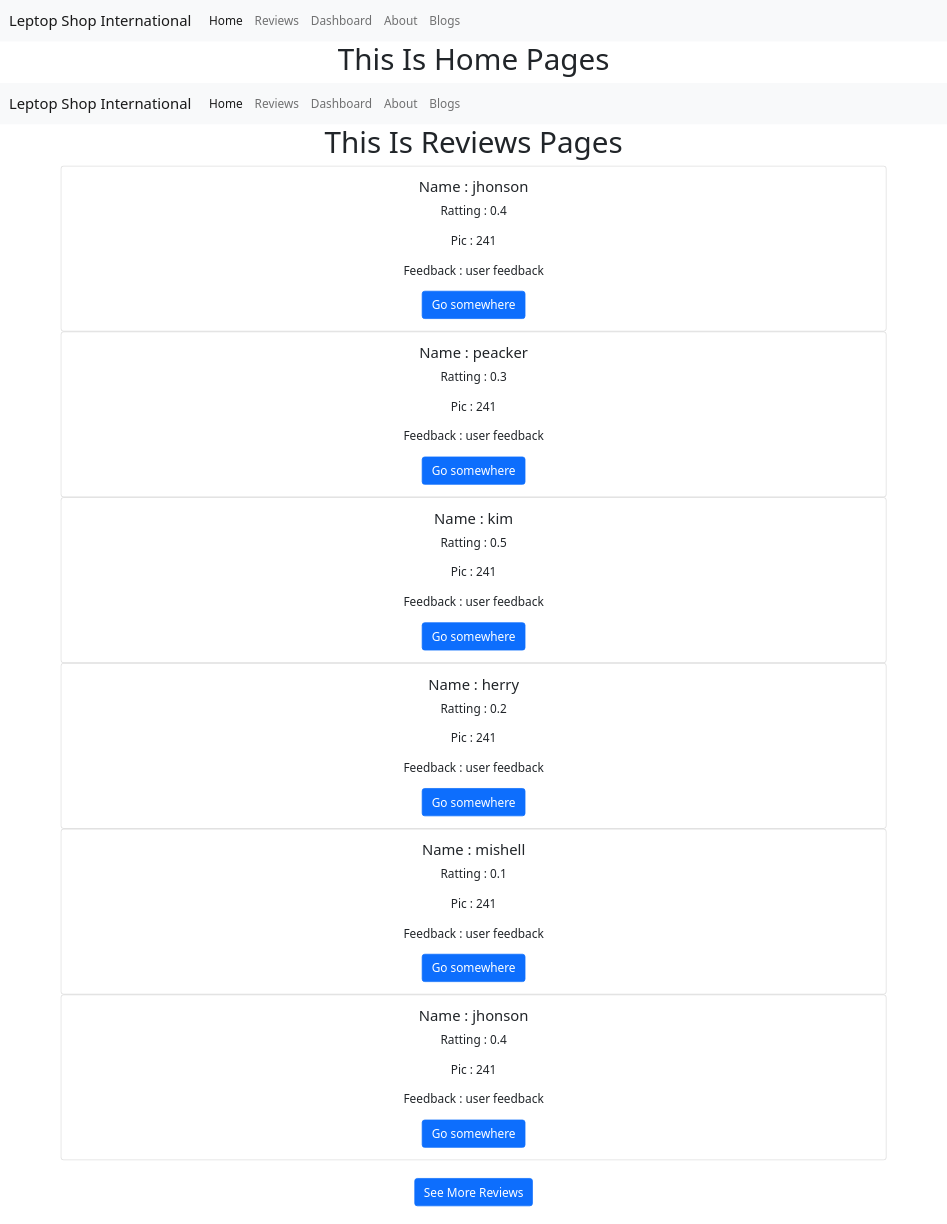
Repository: devsajid/product-analysis-website
Page: /
The author's editor kept a copy of each file at every save. The page is drawn from the files as they stood at one save, then again after the next save.
The browser window is 1280 px wide. The pictures show the whole page, at 74% of full size.
The project was rebuilt for these pictures with package versions that can differ from the ones it lists, and the page was loaded fresh each time. Also part of the build but not shown: src/Components/Header/Headers.css, src/Components/AreaChert/styles.css, src/Components/AreaChert/AreaChert.js, src/Components/Rechert/styles.css, src/Components/Rechert/Rechert.js, src/Components/Dashboard/Dashboard.js, src/Components/About/About.js, src/Components/Blogs/Blogs.js and 1 more.

Above is the page before, as saved 2022-08-03 22:05:44.

After the next save:
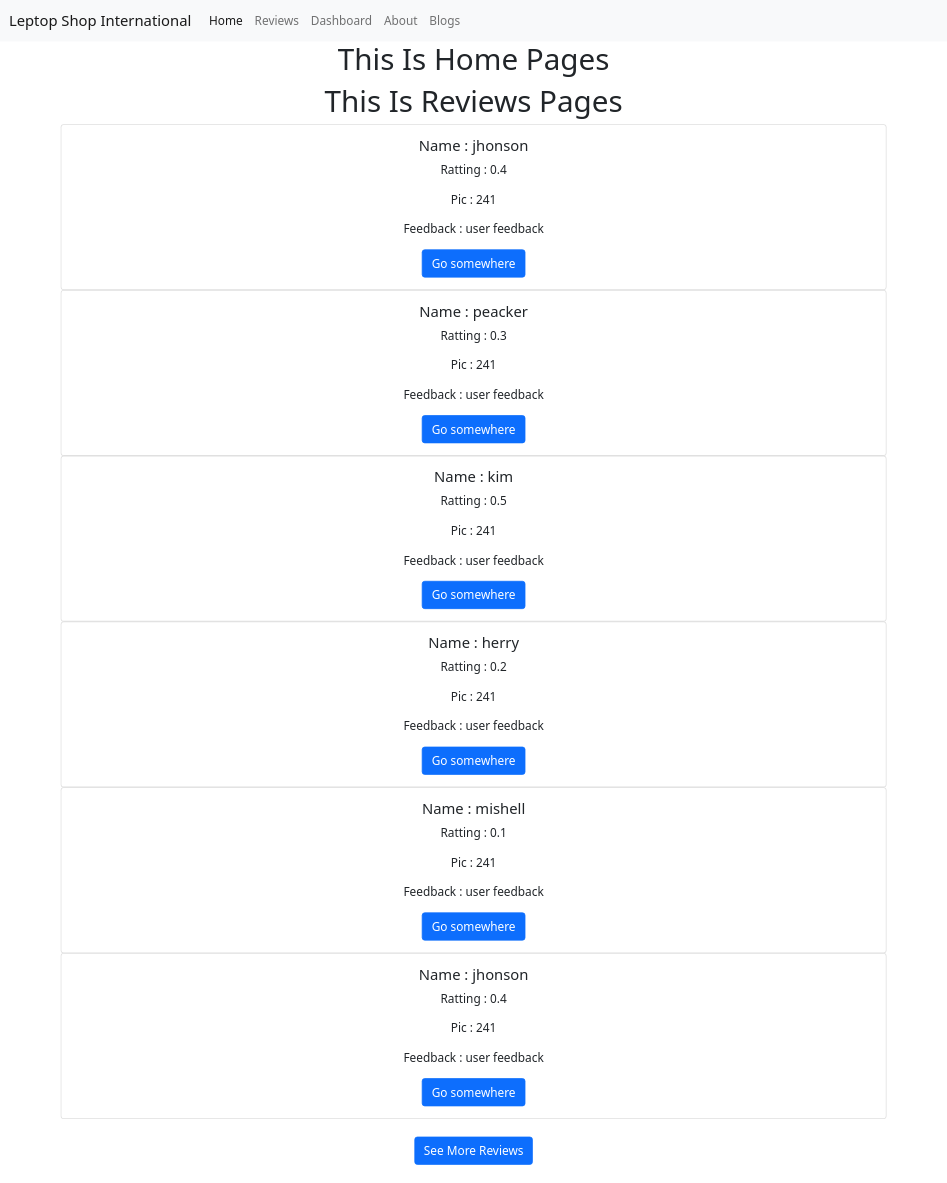
Saved 103 s later.
--- a/src/Components/Reviews/Reviews.js
+++ b/src/Components/Reviews/Reviews.js
@@ -1,17 +1,16 @@
-import React from 'react'
-import Navbar from '../Navbar/Navbar'
-import ReviewHook from './ReviewsHook'
-
+import React from "react";
+// import Navbar from '../Navbar/Navbar'
+import ReviewHook from "./ReviewsHook";
 
 export default function Reviews() {
-    return (
-        <div>
-            <Navbar></Navbar>
+  return (
+    <div>
+      {/* <Navbar></Navbar> */}
 
-            <h1>This Is Reviews Pages</h1>
-            <ReviewHook></ReviewHook>
+      <h1>This Is Reviews Pages</h1>
+      <ReviewHook></ReviewHook>
 
-            {/* <div class="row">
+      {/* <div class="row">
                 <div class="col-sm-4">
                     <div class="card">
                         <div class="card-body">
@@ -43,8 +42,9 @@ export default function Reviews() {
                 </div>
             </div> */}
 
-            <button type="button" class="btn btn-primary m-4">See More Reviews</button>
-
-        </div>
-    )
+      <button type="button" class="btn btn-primary m-4">
+        See More Reviews
+      </button>
+    </div>
+  );
 }
